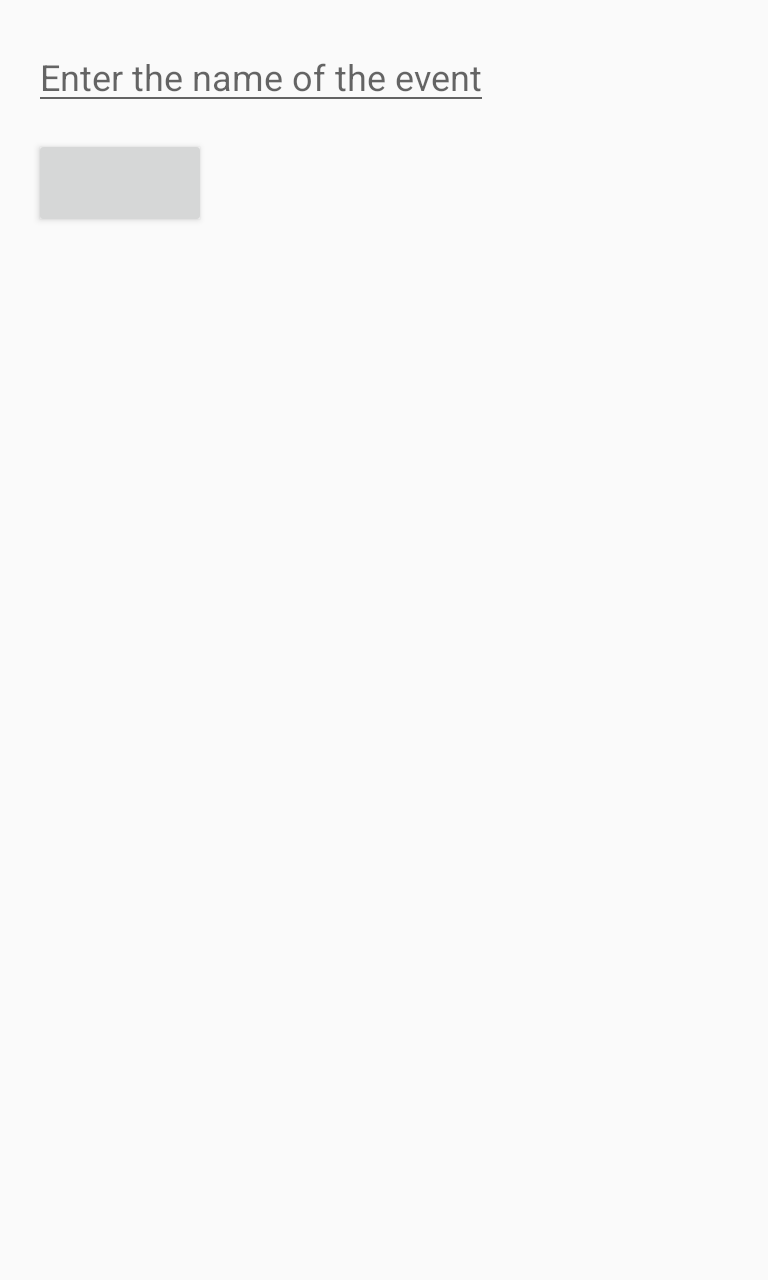
Repository: wisingd/Dajoroli
Layout: Workspace/SplitIt/res/layout/fragment_event_creater.xml
The author's editor kept a copy of each file at every save. The layout is drawn from the files as they stood at one save, then again after the next save.
It is drawn on a 768 x 1280 px phone screen (xhdpi) without system bars, with theme AppTheme; the app's code is not run.

Above is the layout before, as saved 2014-05-17 12:39:20.

### Workspace/SplitIt/res/layout/fragment_event_creater.xml
<RelativeLayout xmlns:android="http://schemas.android.com/apk/res/android"
    xmlns:tools="http://schemas.android.com/tools"
    android:layout_width="match_parent"
    android:layout_height="match_parent"
    android:paddingBottom="@dimen/activity_vertical_margin"
    android:paddingLeft="@dimen/activity_horizontal_margin"
    android:paddingRight="@dimen/activity_horizontal_margin"
    android:paddingTop="@dimen/activity_vertical_margin"
    tools:context="com.example.splitit.EventCreater$PlaceholderFragment" >

    <EditText
        android:id="@+id/event_name"
        android:layout_width="wrap_content"
        android:layout_height="wrap_content"
        android:hint="@string/event_name" />

    <Button
        android:id="@+id/showDatePicker"
        android:layout_width="wrap_content"
        android:layout_height="wrap_content"
        android:layout_below="@+id/event_name"
        android:layout_marginTop="10dp"
        android:onClick="showDatePickerDialog"
         />

</RelativeLayout>

### Workspace/SplitIt/res/values/strings.xml
<?xml version="1.0" encoding="utf-8"?>
<resources>

    <string name="app_name">Split It</string>
    <string name="action_settings">Settings</string>
    <string name="contact_name">Contact name</string>
    <string name="button_create_contact">Create contact!</string>
    <string name="title_activity_display_message">New Activity</string>
    <string name="information_text">Amount to the left, contact to the right</string>
    <string name="view_contacts">View contacts</string>
    <string name="amount">Amount</string>
    <string name="contact">Name</string>
    <string name="they_owe_me">They owe me</string>
    <string name="i_owe_them">I owe them</string>
    <string name="startDebtMenu">Debt menu</string>
    <string name="startContactMenu">Contact menu</string>
    <string name="number">Contact phone number</string>
    <string name="erase_contacts">Erase contacts</string>
    <string name="name">Name</string>
    <string name="split_debt">Split a debt</string>
    <string name="title_activity_split_adebt">SplitADebt</string>
    <string name="event_name">Enter the name of the event</string>
    <string name="splitOnThree">Split on these contacts!</string>
    <string name="title_activity_daniels_test">DanielsTest</string>
    <string name="startEvent">Event!</string>
    <string name="title_activity_event_creater">Create event</string>
    <string name="hello_world">Hello world</string>
</resources>

Loaded but not shown: Workspace/SplitIt/res/values/styles.xml (common file); Workspace/SplitIt/res/values-v11/styles.xml (common file); Workspace/SplitIt/res/values-v14/styles.xml (common file); Workspace/SplitIt/res/values/dimens.xml (common file); Workspace/SplitIt/res/values-w820dp/dimens.xml (common file)

After the next save:
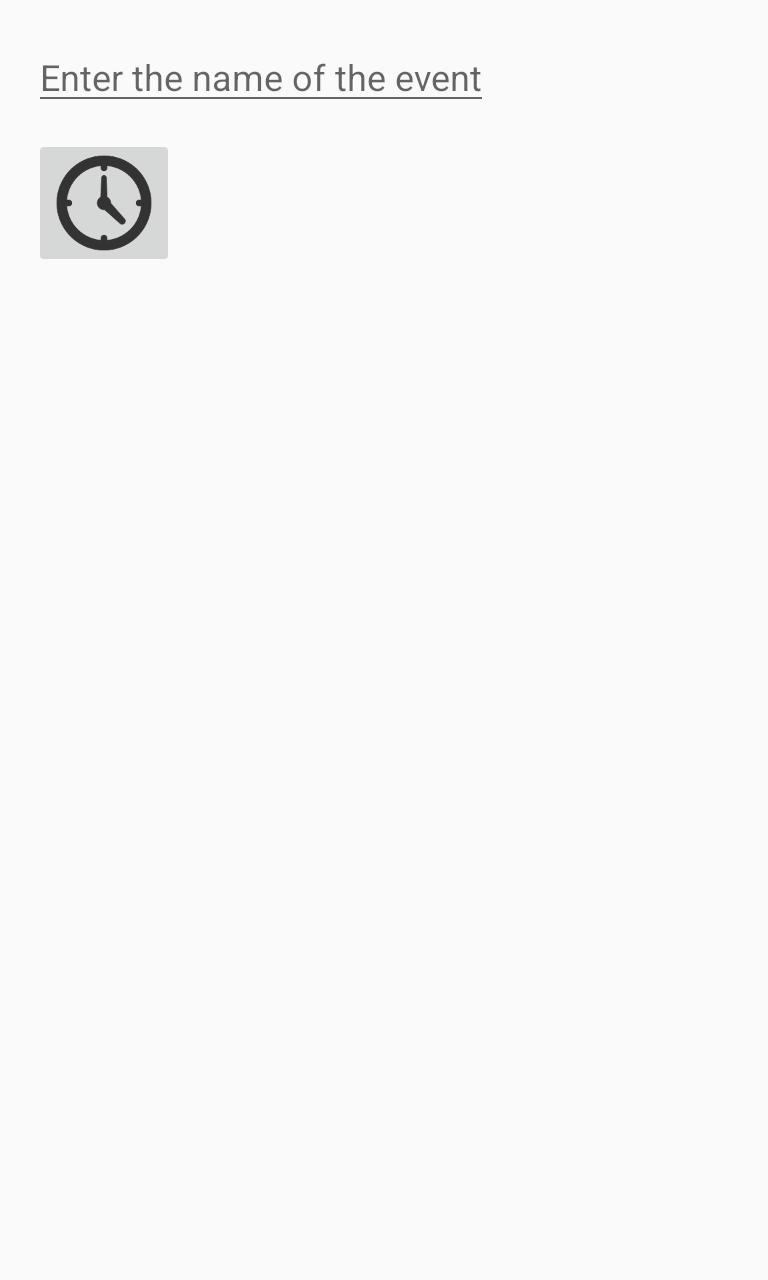
Saved 52 s later.
--- a/Workspace/SplitIt/res/layout/fragment_event_creater.xml
+++ b/Workspace/SplitIt/res/layout/fragment_event_creater.xml
@@ -14,8 +14,9 @@
         android:layout_height="wrap_content"
         android:hint="@string/event_name" />
 
-    <Button
+    <ImageButton
         android:id="@+id/showDatePicker"
+        android:src="@drawable/clock"
         android:layout_width="wrap_content"
         android:layout_height="wrap_content"
         android:layout_below="@+id/event_name"
